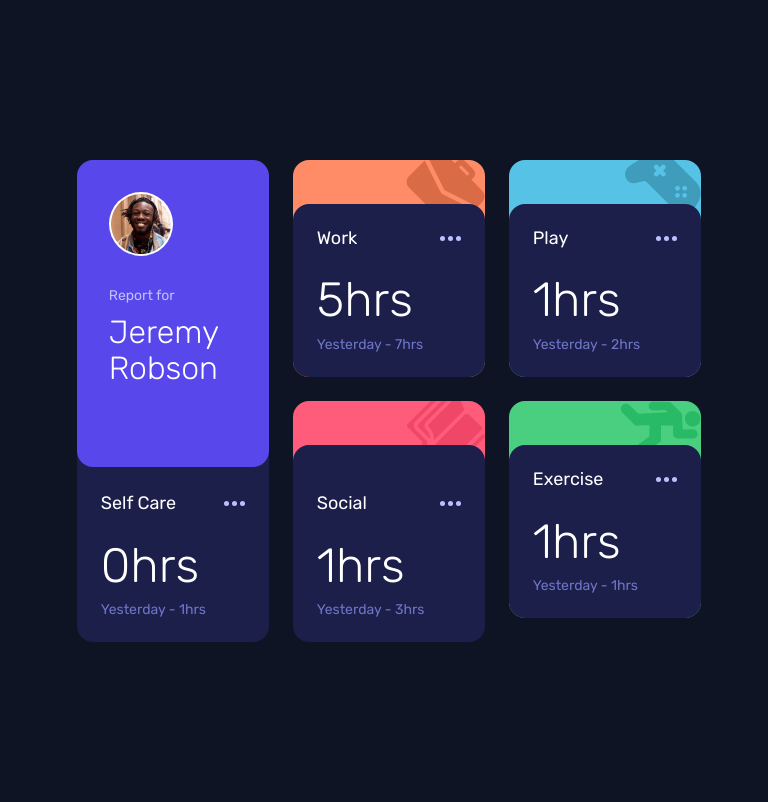
Repository: Jay-JYKim91/FM_time-tracking-dashboard
Page: index.html
An editor plug-in stored every save of this project. The page is shown before and after the next save, followed by the edit.
The browser window is 768 px wide. The pictures show the whole page.

Above is the page before, as saved 2021-12-19 22:33:07.

After the next save:
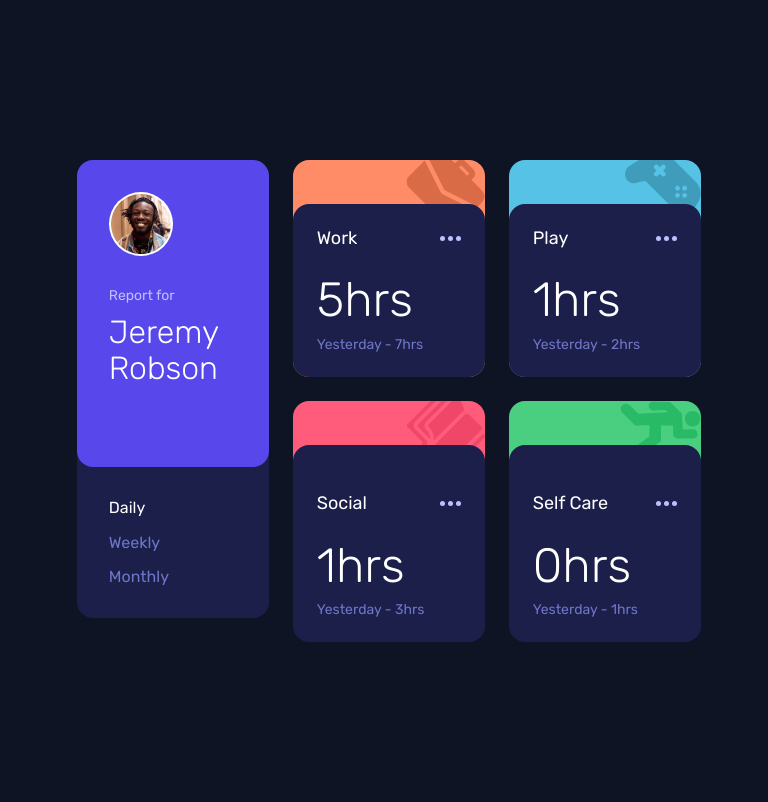
Saved 57 s later.
--- a/style.css
+++ b/style.css
@@ -167,6 +167,10 @@ p {
     grid-column: 2 / 3;
     grid-row: 3 / 4;
   }
+  .self-care-bg {
+    grid-column: 3 / 4;
+    grid-row: 3 / 4;
+  }
 }
 
 /* Mobile size */
